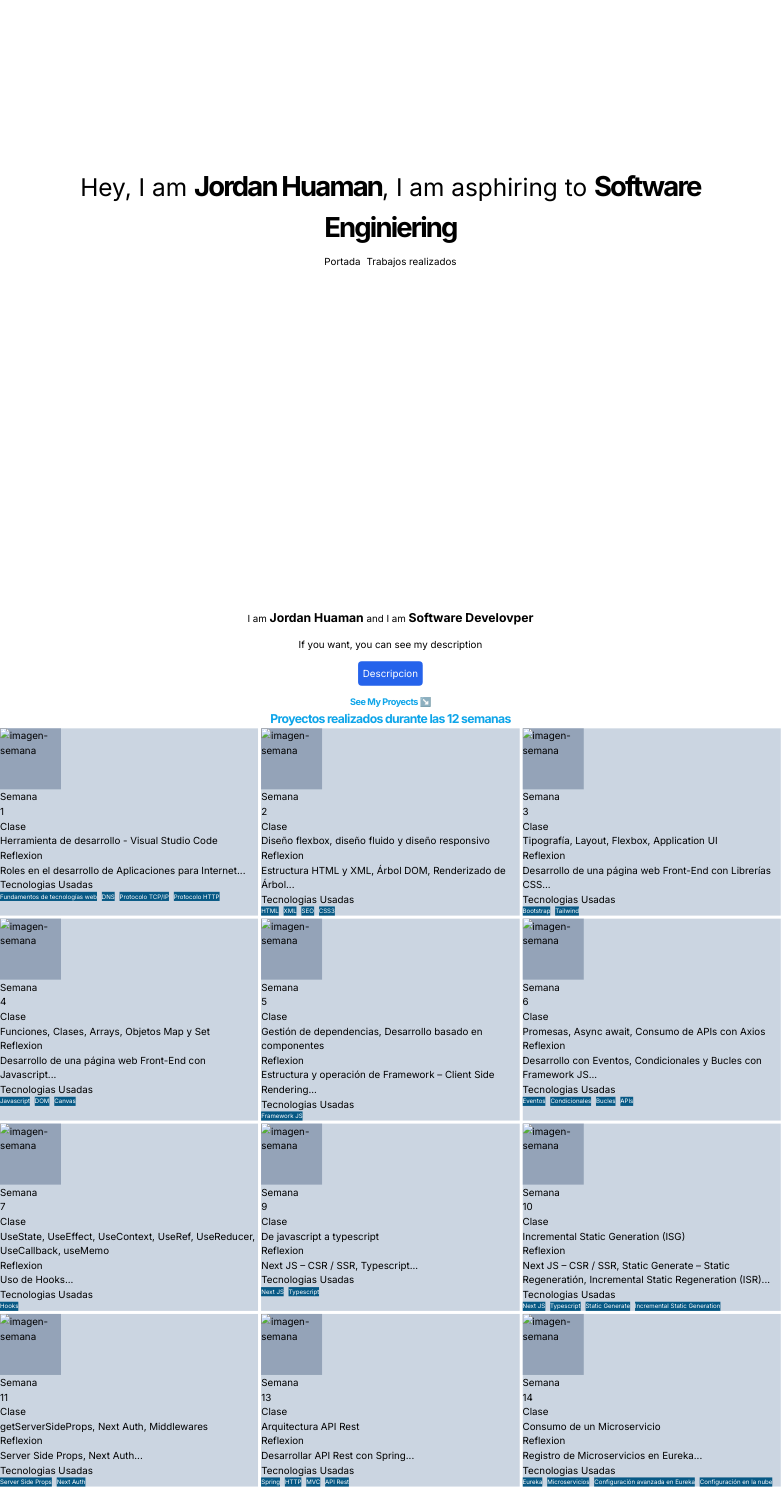
Repository: devsecops-node/portafolio-nextj-pages
Page: /
The author's editor kept a copy of each file at every save. The page is drawn from the files as they stood at one save, then again after a run of saves.
The browser window is 1280 px wide. The pictures show the whole page, at 61% of full size.
The project was rebuilt for these pictures with package versions that can differ from the ones it lists, and the page was loaded fresh each time. The framework's server and built-in components were replaced by stand-ins that run in the browser. Also part of the build but not shown: next.config.js, src/components/Modal.jsx, src/styles/transitionPage.module.css.

Above is the page before, as saved 2024-01-15 04:52:15.

### src/app/page.js
"use client"
import Dashboard from '@/components/Dashboard'
import Transition from '@/components/Transition'
import Image from 'next/image'
import { useEffect, useState } from 'react'

export default function Home() {
  const [showAnimation, setShowAnimation] = useState(true)

  useEffect(() => {
    console.log('Ejecutando')
    setTimeout(() => {
      setShowAnimation(false)
    }, 2000)
  }, [])
  return (
    <main className='h-[100vh]'>
      {showAnimation ? <Transition /> : <Dashboard />}
    </main>
  )
}

### src/components/Dashboard.jsx
import React from 'react'
import stles from "@/styles/dashboard.module.css"
import Portada from './Portada'
import { useRef } from 'react'
import Proyects from './Proyects'

const Dashboard = () => {

  const scrollToPortada = () => {
    const portada = document.getElementById('portada')

    if (portada) {
      console.log('ejecutando id')
      portada.scrollIntoView({ behavior: 'smooth' })
    }
  }

  const scrollToProyects = () => {
    const portada = document.getElementById('proyects')

    if (portada) {
      console.log('ejecutando id')
      portada.scrollIntoView({ behavior: 'smooth' })
    }
  }

  return (
    <section className={stles.home_view}>
      <div className='h-screen flex justify-center items-center flex-col'>
        <div className={stles.home_view_principal}>
          <p className={stles.animar_text} id='detec'> Hey, I am <span className="animacion-bolder">Jordan
            Huaman</span>, I am asphiring to <span className={stles.detect}>Software Enginiering</span>
          </p>
        </div>
        <div className={stles.home_view_links}>
          <a onClick={scrollToPortada} className={stles.animar_abajo}>
            <p>Portada</p>
          </a>
          {/* <a href="" className={stles.animar_abajo}>
            <p>Bienvenida Introduccion</p>
          </a>
          <a href="" className={stles.animar_arriba}>
            <p>Tabla de contenido</p>
          </a><a href="" className={stles.animar_arriba}>
            <p>Informacion sobre mi</p>
          </a> */}
          <a  onClick={scrollToProyects} className={stles.animar_abajo}>
            <p>Trabajos realizados</p>
          </a>

        </div>
        <div>
        </div>
      </div>
      <div id='portada'>
        <Portada scrolProyects={scrollToProyects}/>
      </div>
      <div id='proyects'>
        <Proyects/>
      </div>
    </section>
  )
}

export default Dashboard

### src/components/Transition.jsx
import React from 'react'
import styles from "@/styles/transitionPage.module.css"

const Transition = () => {
  return (
    <div className={styles.home}>
      <main className=''>
        <p className={styles.text_1}>Jh</p>
        <p className={styles.text_2}>Jordan Huaman - Porfolio</p>
      </main>
      <footer>
        <p className={styles.text_3}>Software Engineerin - 2024</p>
      </footer>
    </div>
  )
}

export default Transition

### src/styles/dashboard.module.css
/* ? Home-view part */
.home_view {
  height: 100%;
}

.animar_text {
  animation: apper-2 2s;
  -webkit-animation: apper-2 2s;
}

.home_view_principal {
  width: 90%;
  margin: 0 auto;
}

.home_view_principal p {
  text-align: center;
  font-size: 40px;
}

.home_view_principal p span {
  font-size: 45px;
  letter-spacing: -3px;
  font-weight: bold;
}

.home_view_principal p span:hover .child {
  background-color: red;
}

@keyframes apper-2 {
  0% {
    opacity: 0;
    transform: translateY(-200px);
    -webkit-transform: translateY(-200px);
    -moz-transform: translateY(-200px);
    -ms-transform: translateY(-200px);
    -o-transform: translateY(-200px);
  }

  50% {
    opacity: 1;
    transform: translateY(-20px);
    -webkit-transform: translateY(-20px);
    -moz-transform: translateY(-20px);
    -ms-transform: translateY(-20px);
    -o-transform: translateY(-20px);
  }

  100% {
    opacity: 1;
    transform: translateY(0px);
    -webkit-transform: translateY(0px);
    -moz-transform: translateY(0px);
    -ms-transform: translateY(0px);
    -o-transform: translateY(0px);
  }
}

.home_view_links {
  display: flex;
  padding: 10px;
  justify-content: space-between;
  gap: 10px;
}

/* Line aniamtion */
.line-animation {
  display: inline;
  cursor: pointer;
  position: relative;
  /* padding: 5px; */
}

.line-animation::after {
  /* margin-top: 10px; */
  content: "";
  position: absolute;
  width: 100%;
  height: 3px;
  top: auto;
  bottom: 14px;
  left: -4px;
  transform: scaleX(0);
  box-shadow: 0 5px 0 black;
  transform-origin: bottom right;
  transition: transform 0.5s ease-out;
}

.line-animation:hover:after {
  transform: scaleX(1);
  transform-origin: bottom left;
}

.animacion-bolder {
  animation: animar-bold 2s linear alternate slidein;
  -webkit-animation: animar-bold 2s linear alternate slidein;
}

.animar_arriba{
  animation: apper-arriba 2s;
  -webkit-animation: apper-arriba 2s;
}
.animar_abajo{
  cursor: pointer;
  animation: apper-abajo 2s;
  -webkit-animation: apper-abajo 2s;

}

@keyframes apper-arriba {
  0% {
    opacity: 0;
    transform: translateY(200px);
    -webkit-transform: translateY(200px);
    -moz-transform: translateY(200px);
    -ms-transform: translateY(200px);
    -o-transform: translateY(200px);
}

  50% {
    opacity: 1;
    transform: translateY(-20px);
    -webkit-transform: translateY(-20px);
    -moz-transform: translateY(-20px);
    -ms-transform: translateY(-20px);
    -o-transform: translateY(-20px);
  }

  100% {
    opacity: 1;
    transform: translateY(0px);
    -webkit-transform: translateY(0px);
    -moz-transform: translateY(0px);
    -ms-transform: translateY(0px);
    -o-transform: translateY(0px);
  }
}
@keyframes apper-abajo {
  0% {
    opacity: 0;
    transform: translateY(-200px);
    -webkit-transform: translateY(-200px);
    -moz-transform: translateY(-200px);
    -ms-transform: translateY(-200px);
    -o-transform: translateY(-200px);
}

  50% {
    opacity: 1;
    transform: translateY(-20px);
    -webkit-transform: translateY(-20px);
    -moz-transform: translateY(-20px);
    -ms-transform: translateY(-20px);
    -o-transform: translateY(-20px);
  }

  100% {
    opacity: 1;
    transform: translateY(0px);
    -webkit-transform: translateY(0px);
    -moz-transform: translateY(0px);
    -ms-transform: translateY(0px);
    -o-transform: translateY(0px);
  }
}

@keyframes animar-bold {
  0% {
    opacity: 0;
  }

  100% {
    opacity: 1;
  }
}

### src/components/Portada.jsx
import React, { useState } from 'react'
import Modal from './Modal'

const Portada = ({ scrolProyects }) => {
  const [modal, setModal] = useState(false)
  const showModal = () => {
    setModal(true)
  }
  const closeModal = () => {
    setModal(false)
  }

  const srolPro = () => {
    scrolProyects()
  }

  return (
    <div className='h-screen flex justify-center items-center relative'>
      <section className='flex justify-center flex-col items-center gap-4'>
        <p>I am <span className='text-[20px] font-bold'>Jordan Huaman</span> and I am <span className='text-[20px] font-bold'>Software Develovper</span></p>
        <p>If you want, you can see my description</p>
        <button onClick={showModal} className='bg-blue-600 p-2 rounded-md text-white hover:scale-105 duration-150 ease-in-out'>Descripcion</button>
        {modal ? <Modal setModal={closeModal}  /> : <></>}
        <p className='text-sky-500 font-bold tracking-tighter text-[15px] transition-all duration-150 hover:scale-105 ease-in-out cursor-pointer' onClick={srolPro}>See My Proyects <span>↘️</span></p>
      </section>
    </div>
  )
}

export default Portada

### src/components/Proyects.jsx
import React from 'react'
import Card from './Card';
import styles from '@/styles/proyectos.module.css'

const Proyects = () => {
  const planDeEstudios = [
    {
      semana: 1,
      tecnologias_usadas: [
        "Fundamentos de tecnologías web",
        "DNS",
        "Protocolo TCP/IP",
        "Protocolo HTTP"
      ],
      reflexion: "Roles en el desarrollo de Aplicaciones para Internet",
      proyecto: "Desarrollo de una aplicación web",
      resumen_de_clase: "Herramienta de desarrollo - Visual Studio Code"
    },
    {
      semana: 2,
      tecnologias_usadas: ["HTML", "XML", "SEO", "CSS3"],
      reflexion: "Estructura HTML y XML, Árbol DOM, Renderizado de Árbol",
      proyecto: "Diseño de una página web",
      resumen_de_clase: "Diseño flexbox, diseño fluido y diseño responsivo"
    },
    {
      semana: 3,
      tecnologias_usadas: ["Bootstrap", "Tailwind"],
      reflexion: "Desarrollo de una página web Front-End con Librerías CSS",
      proyecto: "Práctica Calificada 01: Desarrollo de un sitio web con framework",
      resumen_de_clase: "Tipografía, Layout, Flexbox, Application UI"
    },
    {
      semana: 4,
      tecnologias_usadas: ["Javascript", "DOM", "Canvas"],
      reflexion: "Desarrollo de una página web Front-End con Javascript",
      proyecto: "Trabajo 01: Manejar el DOM con Javascript y Canvas",
      resumen_de_clase: "Funciones, Clases, Arrays, Objetos Map y Set"
    },
    {
      semana: 5,
      tecnologias_usadas: ["Framework JS"],
      reflexion: "Estructura y operación de Framework – Client Side Rendering",
      proyecto: "Laboratorio 05A: Pasar datos con props y children y mostrar en un componente hijo",
      resumen_de_clase: "Gestión de dependencias, Desarrollo basado en componentes"
    },
    {
      semana: 6,
      tecnologias_usadas: ["Eventos", "Condicionales", "Bucles", "APIs"],
      reflexion: "Desarrollo con Eventos, Condicionales y Bucles con Framework JS",
      proyecto: "Laboratorio 06A: Eventos y Renderizado Condicional e iterativo con datos de una API",
      resumen_de_clase: "Promesas, Async await, Consumo de APIs con Axios"
    },
    {
      semana: 7,
      tecnologias_usadas: ["Hooks"],
      reflexion: "Uso de Hooks",
      proyecto: "Laboratorio 09: Uso de hooks",
      resumen_de_clase: "UseState, UseEffect, UseContext, UseRef, UseReducer, UseCallback, useMemo"
    },
    {
      semana: 9,
      tecnologias_usadas: ["Next JS", "Typescript"],
      reflexion: "Next JS – CSR / SSR, Typescript",
      proyecto: "Laboratorio 10: Caso práctico consumo de API",
      resumen_de_clase: "De javascript a typescript"
    },
    {
      semana: 10,
      tecnologias_usadas: ["Next JS", "Typescript", "Static Generate", "Incremental Static Generation"],
      reflexion: "Next JS – CSR / SSR, Static Generate – Static Regeneratión, Incremental Static Regeneration (ISR)",
      proyecto: "Laboratorio 10: Caso práctico consumo de API",
      resumen_de_clase: "Incremental Static Generation (ISG)"
    },
    {
      semana: 11,
      tecnologias_usadas: ["Server Side Props", "Next Auth"],
      reflexion: "Server Side Props, Next Auth",
      proyecto: "Laboratorio 11: Subsistema de autenticación con Next JS",
      resumen_de_clase: "getServerSideProps, Next Auth, Middlewares"
    },
    {
      semana: 13,
      tecnologias_usadas: ["Spring", "HTTP", "MVC", "API Rest"],
      reflexion: "Desarrollar API Rest con Spring",
      proyecto: "Laboratorio 13: Desarrollo de una API Rest y Despliegue.",
      resumen_de_clase: "Arquitectura API Rest"
    },
    {
      semana: 14,
      tecnologias_usadas: ["Eureka", "Microservicios", "Configuración avanzada en Eureka", "Configuración en la nube"],
      reflexion: "Registro de Microservicios en Eureka",
      proyecto: "Resumen del registro de microservicio",
      resumen_de_clase: "Consumo de un Microservicio"
    }
  ];

  return (
    <div className='h-screen flex justify-center items-center flex-col'>
      <p className='text-sky-500 font-bold text-[20px]  tracking-tighter'>Proyectos realizados durante las 12 semanas</p>
      <div className={styles.proyectos}>
        {planDeEstudios.map(proyec => <Card key={proyec.semana} proyect={proyec} />)}
      </div>
    </div>
  )
}

export default Proyects

### src/components/Card.jsx
import React from 'react'

const Card = ({ proyect }) => {
  return (
    <section className='bg-slate-300'>
      <img src="" alt="imagen-semana" width={100} height={100} className='bg-slate-400' />
      <div>
        <p>Semana</p>
        <p className=''>{proyect.semana}</p>
      </div>
      <div>
        <p>Clase</p>
        <p className=''>{proyect.resumen_de_clase}</p>
      </div>
      <div>
        <p>Reflexion</p>
        <p className=''>{proyect.reflexion}...</p>
      </div>
      <div>
        <p>Tecnologias Usadas</p>
        <div className='flex gap-2'>
          {proyect.tecnologias_usadas.map(tec => <p className='text-[10px] bg-sky-800 text-white'>{tec}</p>)}
        </div>
      </div>
    </section>
  )
}

export default Card

### src/styles/proyectos.module.css
.proyectos{
  display: grid;
  grid-template-columns: repeat(3,1fr);
  gap: 5px;
}

Loaded but not shown: src/app/layout.js (common file); src/app/globals.css (common file); tailwind.config.js (common file)

After the next 2 saves:
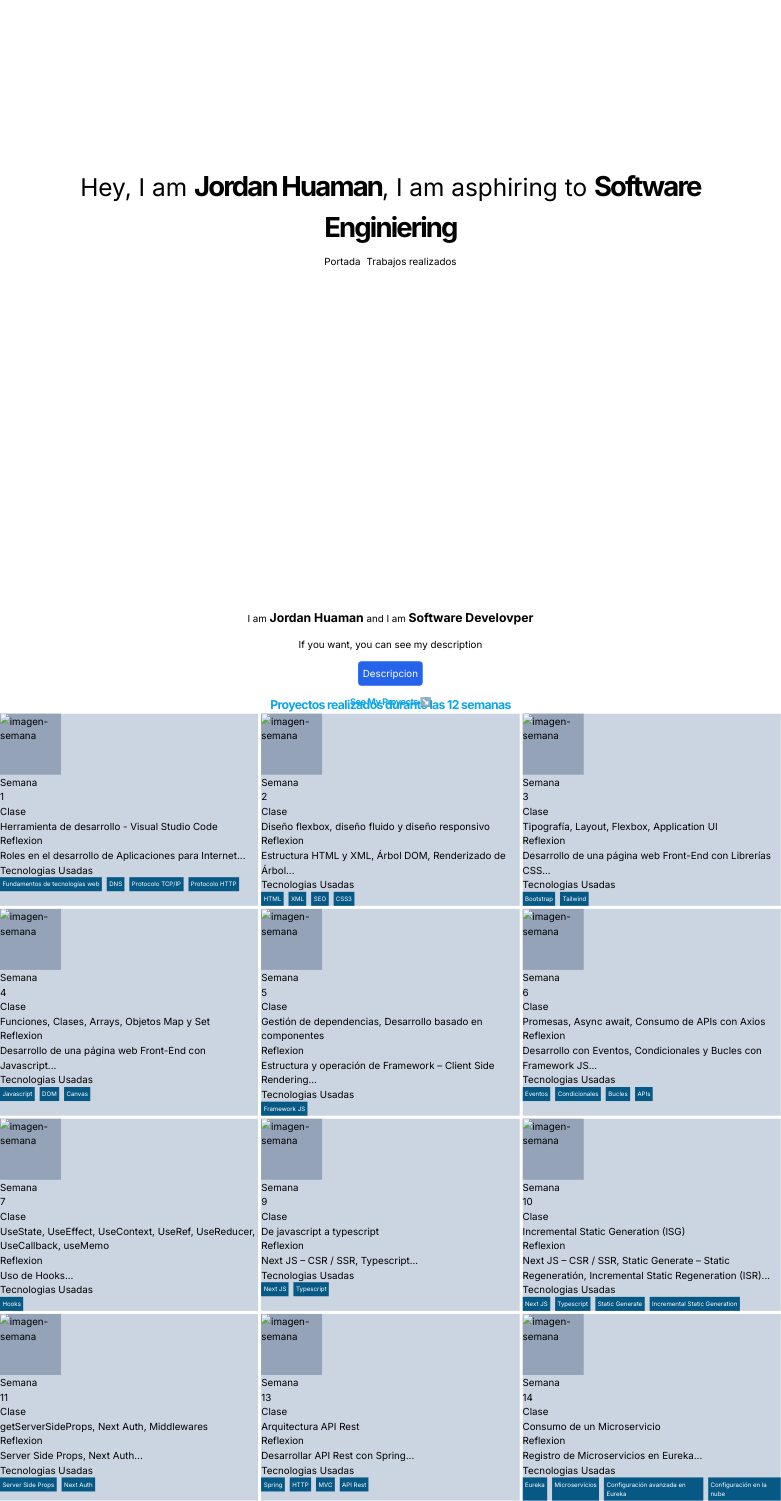
The 2 saves are shown as one change because they came seconds apart.
The last was saved 8 s later.
--- a/src/components/Card.jsx
+++ b/src/components/Card.jsx
@@ -19,7 +19,7 @@ const Card = ({ proyect }) => {
       <div>
         <p>Tecnologias Usadas</p>
         <div className='flex gap-2'>
-          {proyect.tecnologias_usadas.map(tec => <p className='text-[10px] bg-sky-800 text-white'>{tec}</p>)}
+          {proyect.tecnologias_usadas.map(tec => <p className='text-[10px] bg-sky-800 text-white p-1'>{tec}</p>)}
         </div>
       </div>
     </section>
